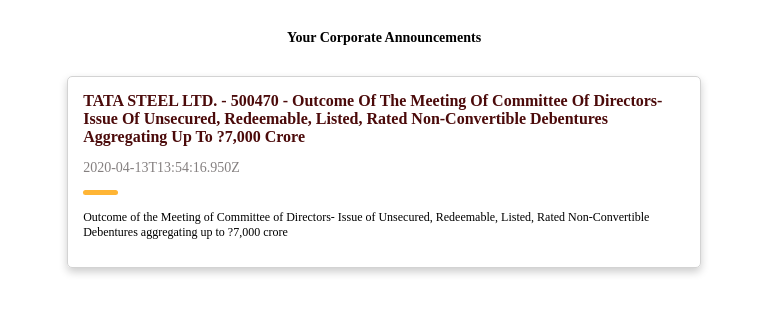
Repository: bhumikagohil/announcements
Page: card1.html
These files come from the project's save history. The page is drawn as it stood at one moment and after a run of saves; the edit follows.
The browser window is 768 px wide. The pictures show the whole page.
The page's requests for data from a server got no answer.

Above is the page before, as saved 2021-05-10 13:41:27.

### card1.html
<!DOCTYPE html>
<html>

<head>
    <meta name="viewport" content="width=device-width, initial-scale=1">
    <link rel="stylesheet" type="text/css" href="card1.css" />
</head>

<body>

    <div class="header-container">
        <h3 class="heading">Your Corporate Announcements</h3>
    </div>

    <div class="cards-container">
        <div class="card">
            <h5 class="title"> TATA STEEL LTD. - 500470 - Outcome Of The Meeting Of Committee Of Directors- Issue Of
                Unsecured, Redeemable, Listed, Rated
                Non-Convertible Debentures Aggregating Up To ?7,000 Crore</h5>
            <p class="time">2020-04-13T13:54:16.950Z</p>
            <hr />
            <p class="summary">
                Outcome of the Meeting of Committee of Directors- Issue of Unsecured, Redeemable, Listed, Rated
                Non-Convertible Debentures aggregating up to ?7,000 crore
            </p>
        </div>
    </div>


</body>
<script>

    const endpoint = "https://picsum.photos/v2/list";

    fetch(endpoint)
        .then(function (response) {
            return response.json();
        })
        .then(function (data) {
            const newCard = data.map(item => {
                return `
                <div class="card" id=${item.news_id}>
                    <h5 class="title">
                        ${item.author}
                    </h5>
                    <p class="time">
                        ${item.width}
                    </p>
                    <hr/>
                    <p class="summary">
                        ${item.url}
                    </p>
                </div>
                `
            })

            // document.querySelector(".cards-container").insertAdjacentHTML("afterbegin", newCard);
        })
        .catch(function (err) {
            console.log('error: ' + err);
        });

</script>


</html>

### card1.css
/* Header */
.header-container {
  width: 80%;
  margin: 30px auto;
}

.heading {
  text-align: center;
}

/* Card */
.cards-container {
  width: 100%;
}

.card {
  padding: 15px;
  box-shadow: 0 4px 8px 0 rgb(0 0 0 / 20%);
  width: 80%;
  border: 1px solid #d3d3d3;
  border-radius: 5px;
  margin: auto;
  margin-bottom: 10px;
}

.title {
  font-weight: bolder;
  font-size: 22px;
  margin-block: 0;
  color: #4b0a0a;
}

hr {
  content: "";
  height: 5px;
  background: #ffb535;
  width: 35px;
  border-radius: 3px;
  margin-left: 0;
  border: none;
}

.time {
  font-size: 14px;
  color: #858080;
}

.summary {
  overflow-x: auto;
  margin-top: 15px;
}

@media only screen and (max-width: 768px) {
  .heading {
    font-size: 14px;
  }
  .title {
    font-size: 16px;
  }
  .summary {
    font-size: 12px;
  }
}

After the next 2 saves:
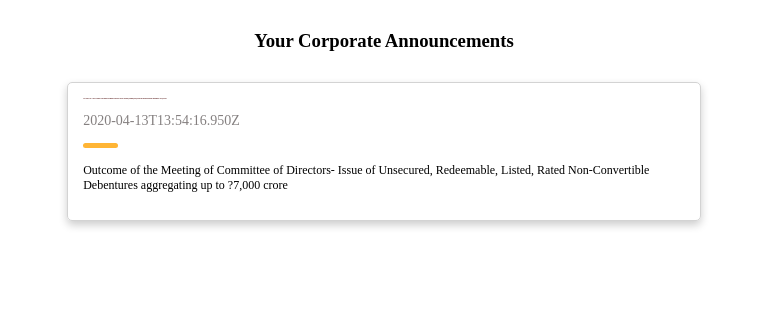
The 2 saves are shown as one change because they came seconds apart.
The last was saved 8 s later.
--- a/card1.css
+++ b/card1.css
@@ -52,10 +52,10 @@
 
 @media only screen and (max-width: 768px) {
   .heading {
-    font-size: 14px;
+    /* font-size: 14px; */
   }
   .title {
-    font-size: 16px;
+    font-size: 1px;
   }
   .summary {
     font-size: 12px;
